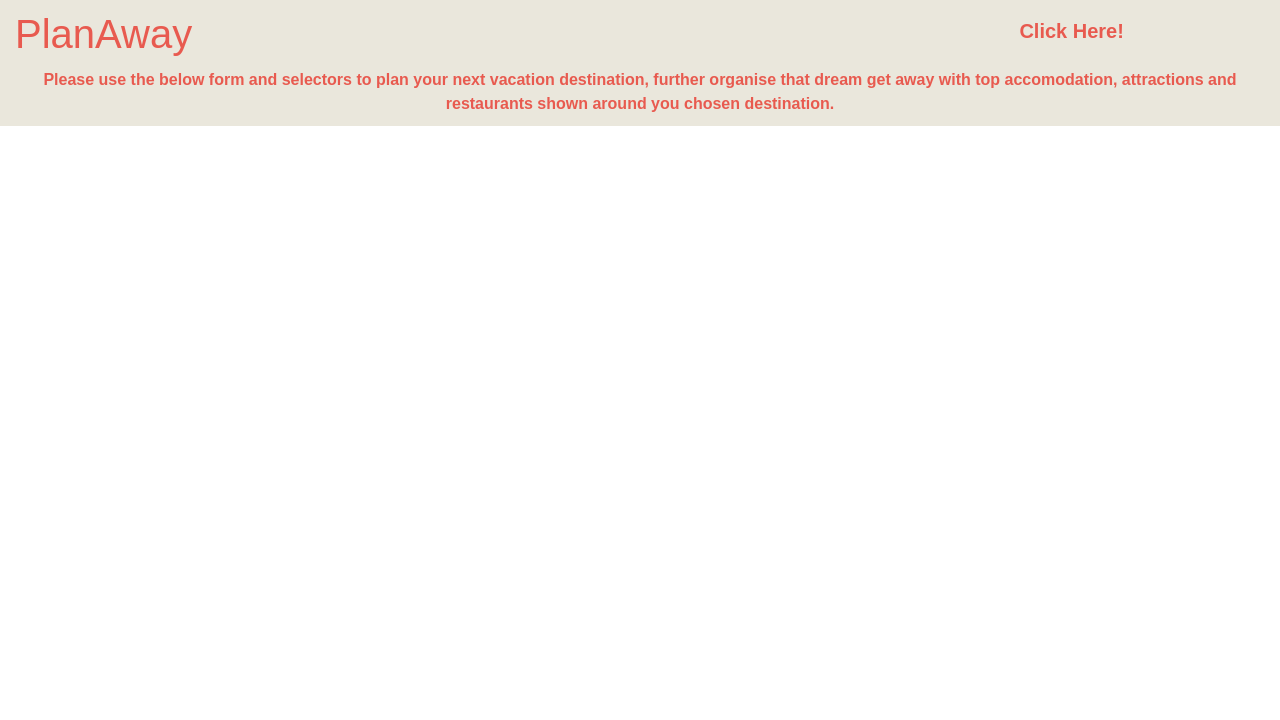
Repository: Brad000/PlanAway-Project
Page: planner.html
The author's editor kept a record of every edit. The page is drawn from the files as they stood at one moment, then again after the next edit.
The browser window is 1280 px wide. The pictures show the whole page.
Some icons come from a web library that is not loaded, so they are not drawn. Some web fonts or font styles are not loaded; a fallback is used. Some web libraries are served in a nearby version.

Above is the page before.

### planner.html
<!DOCTYPE html>
<html lang="en">

<head>
    <meta charset="UTF-8">
    <meta name="viewport" content="width=device-width, initial-scale=1.0">
    <meta http-equiv="X-UA-Compatible" content="ie=edge">
    <link rel="stylesheet" href="assets/css/style.css" type="text/css" />
    <link rel="stylesheet" href="https://stackpath.bootstrapcdn.com/bootstrap/4.4.1/css/bootstrap.min.css" integrity="sha384-Vkoo8x4CGsO3+Hhxv8T/Q5PaXtkKtu6ug5TOeNV6gBiFeWPGFN9MuhOf23Q9Ifjh" crossorigin="anonymous">
    <script src="https://code.jquery.com/jquery-3.2.1.js" integrity="sha256-DZAnKJ/6XZ9si04Hgrsxu/8s717jcIzLy3oi35EouyE=" crossorigin="anonymous"></script>
    <script src="https://code.jquery.com/jquery-3.4.1.slim.min.js" integrity="sha384-J6qa4849blE2+poT4WnyKhv5vZF5SrPo0iEjwBvKU7imGFAV0wwj1yYfoRSJoZ+n" crossorigin="anonymous"></script>
    <script src="https://cdn.jsdelivr.net/npm/popper.js@1.16.0/dist/umd/popper.min.js" integrity="sha384-Q6E9RHvbIyZFJoft+2mJbHaEWldlvI9IOYy5n3zV9zzTtmI3UksdQRVvoxMfooAo" crossorigin="anonymous"></script>
    <script src="https://stackpath.bootstrapcdn.com/bootstrap/4.4.1/js/bootstrap.min.js" integrity="sha384-wfSDF2E50Y2D1uUdj0O3uMBJnjuUD4Ih7YwaYd1iqfktj0Uod8GCExl3Og8ifwB6" crossorigin="anonymous"></script>
    <script src="https://kit.fontawesome.com/5655c570e1.js" crossorigin="anonymous"></script>
    <script type="text/javascript" src="assets/js/script.js"></script>

    <title>PlanAway - Plan your next vacation</title>
</head>

<body>
    <header class="container-fluid">
        <div class="row">
            <div class="col-12 col-md-8 site-heading">
                <h1 class="site-name">PlanAway<i class="fal fa-plane-departure site-logo"></i></h1>
            </div>
            <div class="col-12 col-md-4 site-heading" id="click">
                <h5 class="link-text"><i class="fal fa-mouse-alt site-links"></i>Click Here!</h5>
            </div>
            <div class="col-12 site-heading" id="clickHere">
                <p class="briefs">Please use the below form and selectors to plan your next vacation destination, further organise that dream get away with top accomodation, attractions and restaurants shown around you chosen destination.</p>
            </div>
        </div>
    </header>

























</body>

</html>

### assets/css/style.css
@import url('https://fonts.googleapis.com/css?family=Gayathri:100,200,300,400,500,600,700');

/*---Landing Page---*/

.site-heading {
    background-color: #eae7dc;
    color: #e85a4f;
}

.site-name {
    font-family: 'Gayathri', sans-serif;
    margin-top: 10px;
    margin-bottom: 0;
    text-align: center;
}

.site-logo {
    margin-left: 10px;
}

.site-links {
    text-align: center;
    font-size: 40px;
    margin-top: 10px;
    margin-right: 10px;
}

.link-text {
    text-align: center;
    font-family: 'Gayathri', sans-serif;
    font-weight: 600;
}

#a-links {
    text-decoration: none;
    cursor: pointer;
    color: #e98074;
    transition: color 0.5s ease-in-out;
    -moz-transition: color 0.5s ease-in-out;
    -webkit-transition: color 0.5s ease-in-out;
    -o-transition: color 0.5s ease-in-out;
}

#a-links:hover {
    color: #e85a4f;
}

.site-brief {
    font-family: 'Gayathri', sans-serif;
    text-align: center;
    font-size: 12px;
    font-weight: 700;
    padding: 0;
    margin: 0;
}

#image {
    padding: 0;
}

.main-images {
    opacity: 0.78;
}

img {
    height: 80vh;
}


/*---home.html---*/

.briefs {
    font-family: 'Gayathri', sans-serif;
    font-size: 16px;
    text-align: center;
    font-weight: 700;
    padding: 10px;
    margin: 0;
    color: #e85a4f;
}

.n {
    background-color: lightblue;
    height: 80vh;
}

.m {
    background-color: lightpink;
    height: 80vh;
}


/*---Footer---*/

.footer {
    height: 75px;
    text-align: center;
    font-weight: 700;
    font-family: 'Gayathri', sans-serif;
    padding-top: 15px;
    background-color: #eae7dc;
    color: #e85a4f;
}

.fa-google {
    margin-left: 5px;
}

/*---Media Queries---*/

@media(min-width: 767px){
    .site-name {
        text-align: left;
    }
    .site-brief {
        font-size: 18px;
    }
}

/*---JS css--*/

Loaded but not shown: assets/js/script.js (no copy from this time; the picture is the same without it)

After the next edit:
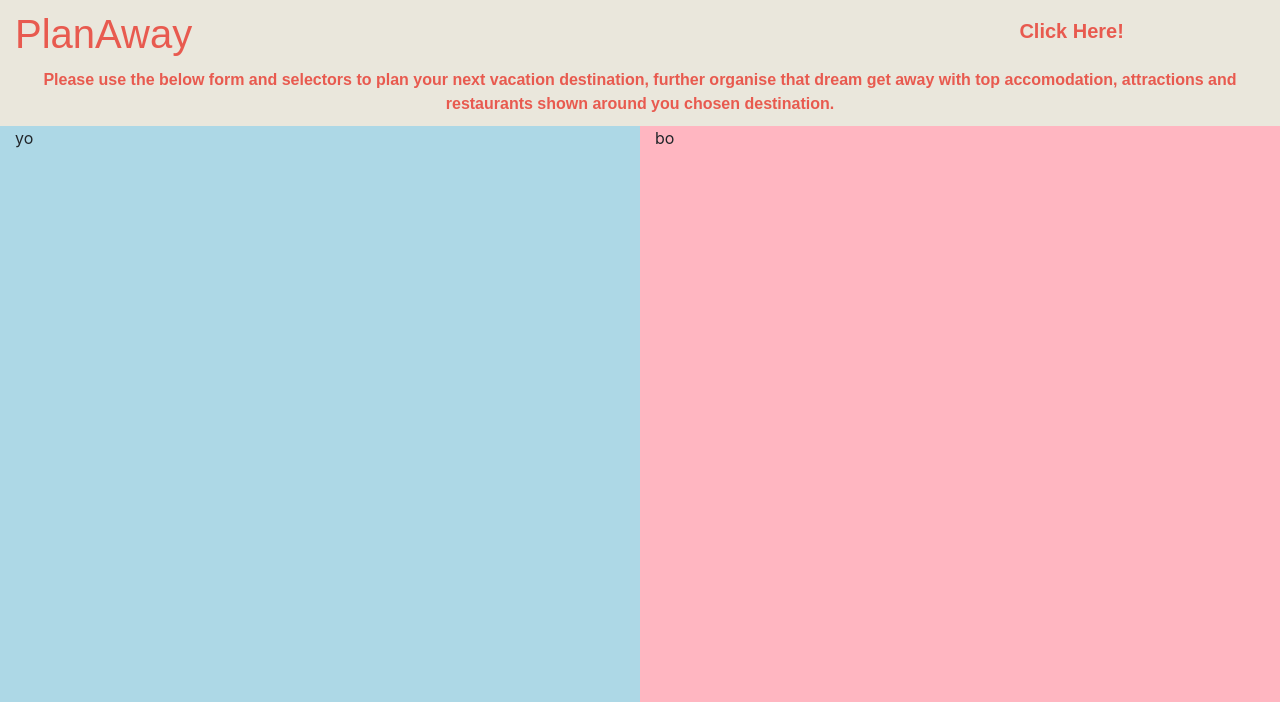
The edit:
--- a/planner.html
+++ b/planner.html
@@ -32,6 +32,13 @@
         </div>
     </header>
 
+    <section class="container-fluid">
+        <div class="row">
+            <div class="col-12 col-md-6 n">yo</div>
+            <div class="col-12 col-md-6 m">bo</div>
+        </div>
+    </section>
+
 
 
 
